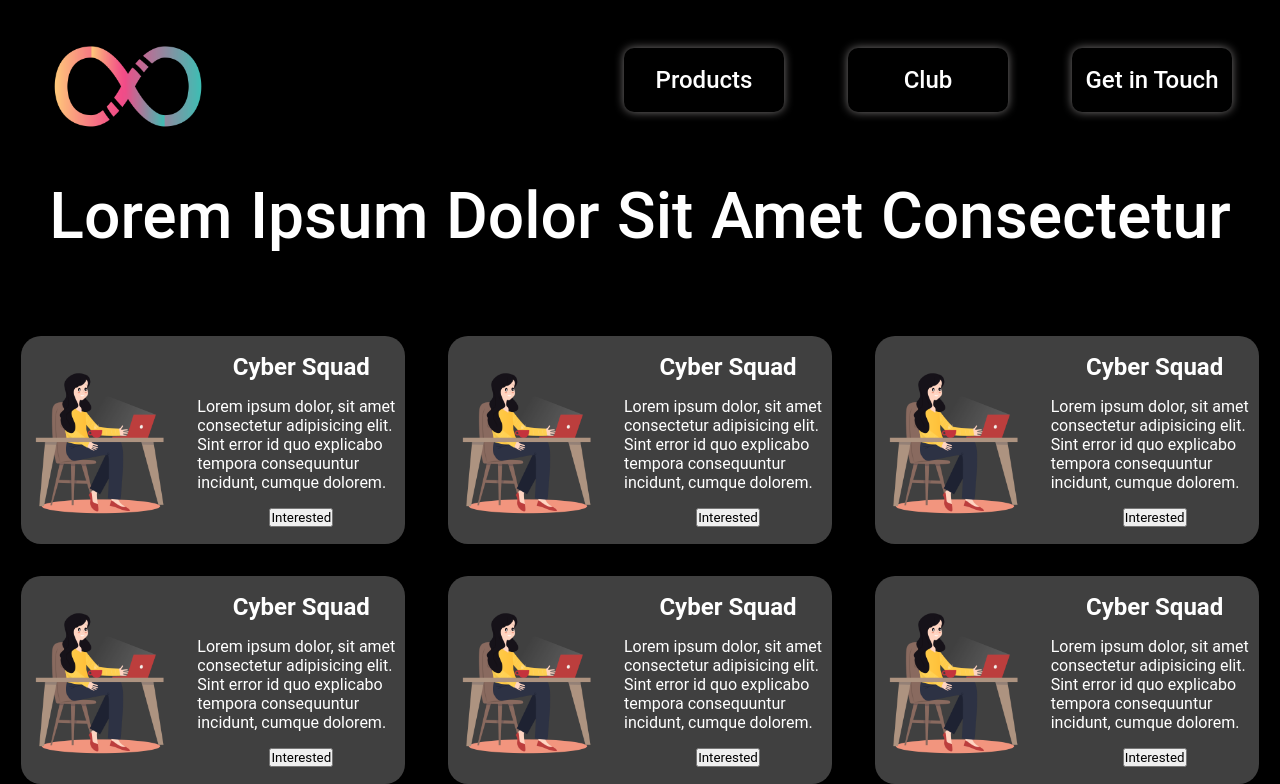
Repository: kapil4457/vizion-internship-project
Page: /
These files come from the project's save history. The page is drawn as it stood at one moment and after the next save; the edit follows.
The browser window is 1280 px wide. The pictures show the whole page.
The project was rebuilt for these pictures with package versions that can differ from the ones it lists, and the page was loaded fresh each time. Also part of the build but not shown: src/index.css.

Above is the page before, as saved 2022-10-29 10:10:37.

After the next save:
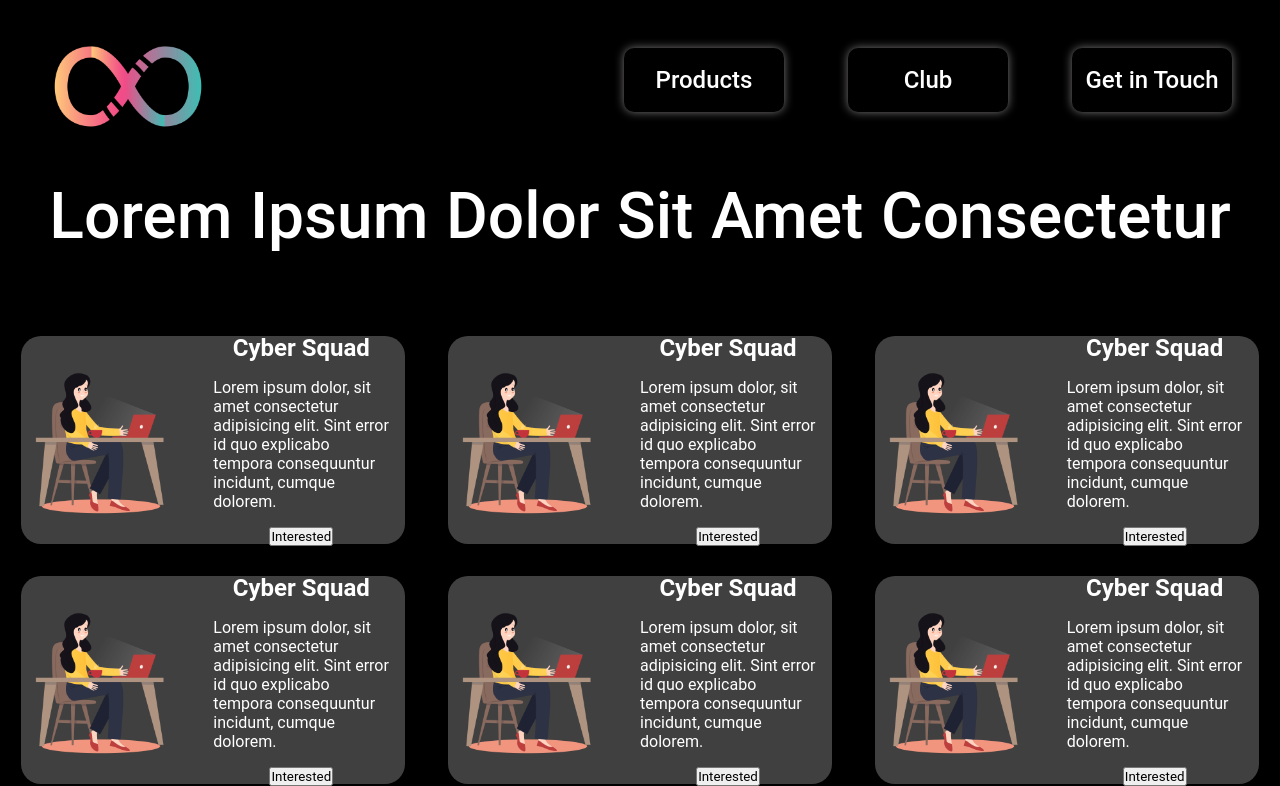
Saved 22 s later.
--- a/src/components/Home/HomeCard.css
+++ b/src/components/Home/HomeCard.css
@@ -15,6 +15,7 @@
     display:flex;
     flex-direction: column;
     gap:1rem;
+    padding:0 1rem;
     align-items: center;
 
 }
